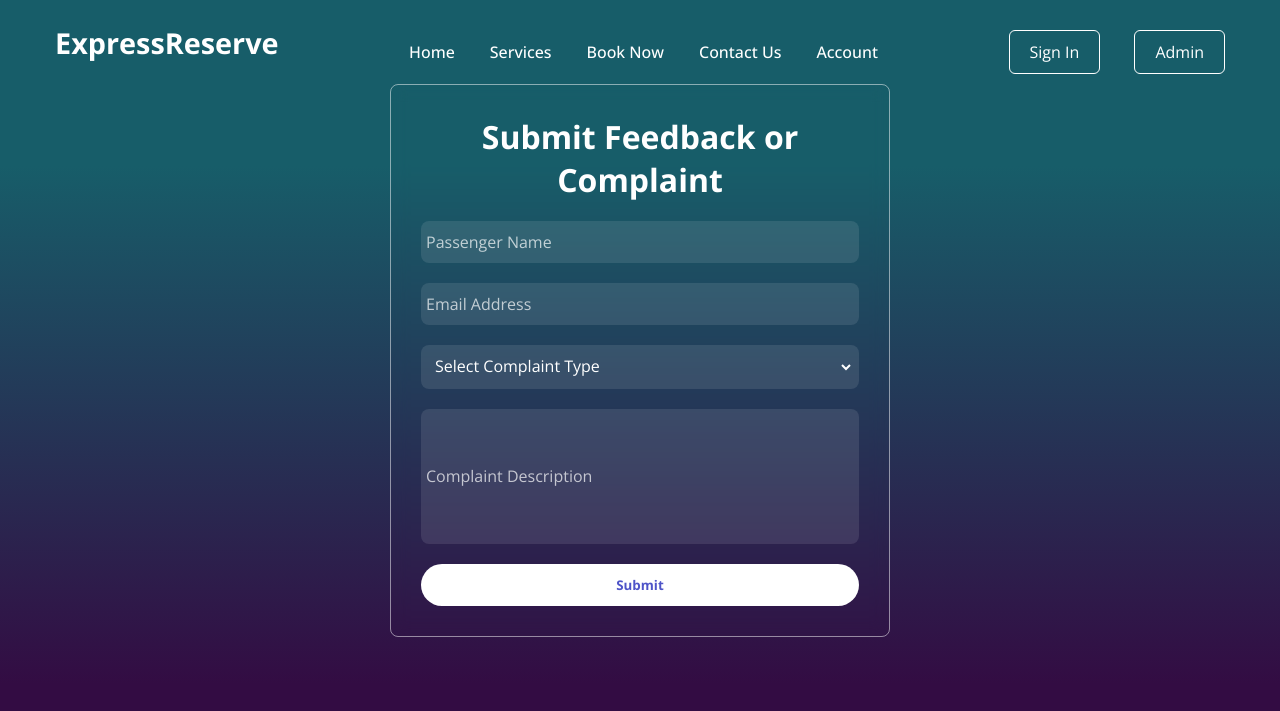
Repository: AmodhyaSharinda/Train-Reservation-system
Page: http://localhost/Train_reserve/ContactUs.jsp
The author's editor kept a copy of each file at every save. The page is drawn from the files as they stood at one save, then again after the next save.
The browser window is 1280 px wide. The pictures show the whole page.
The page is served by Tomcat 9. Other server files are loaded and not shown.

Above is the page before, as saved 2024-10-08 08:07:59.

### Train reserve/src/main/webapp/ContactUs.jsp
<!DOCTYPE html>
<html lang="en">
<head>
    <meta charset="UTF-8">
    <meta name="viewport" content="width=device-width, initial-scale=1.0">
    <title>Feedback - Online Train Reservation System</title>
    <link rel="stylesheet" href="home.css">
    <style>
        /* Existing styles retained */
        @import url("https://fonts.googleapis.com/css2?family=Open+Sans:wght@300;400;500;600;700&display=swap");

        * {
		  margin: 0;
		  padding: 0;
		  box-sizing: border-box;
		  font-family: "Open Sans", sans-serif;
		}

        body {
            display: flex;
            align-items: center;
            justify-content: center;
            min-height: 100vh;
            width: 100%;
            padding: 0 10px;
  			background: linear-gradient(to bottom, #175d69 23%, #330c43 95%);
            position: relative;
        }

        .wrapper {
            width: 500px;
            border-radius: 8px;
            padding: 30px;
            text-align: center;
            border: 1px solid rgba(255, 255, 255, 0.5);
            backdrop-filter: blur(8px);
            -webkit-backdrop-filter: blur(8px);
        }

        h2 {
            font-size: 2rem;
            margin-bottom: 20px;
            color: #fff;
        }

        /* General styles */
		.input-field {
		    position: relative;
		    margin: 20px 0;
		    padding: 5px;
		    background: rgba(255, 255, 255, 0.1);
		    border-radius: 8px;
		    transition: background 0.3s ease;
		}

		.input-field label {
		    position: absolute;
		    top: 50%;
		    left: 5px;
		    transform: translateY(-50%);
		    color: rgba(255, 255, 255, 0.7);
		    font-size: 16px;
		    pointer-events: none;
		    transition: 0.2s ease;
		}

		.input-field input,
		.input-field textarea,
		.input-field select {
		    width: 100%;
		    background: transparent;
		    border: none;
		    outline: none;
		    font-size: 16px;
		    padding: 5px;
		    color: #fff;
		    border-radius: 5px;
		}

		.input-field input:focus,
		.input-field textarea:focus,
		.input-field select:focus {
		    background: rgba(255, 255, 255, 0.3);
		    box-shadow: 0 0 5px rgba(255, 255, 255, 0.5);
		}

		.input-field input:focus ~ label,
		.input-field input:valid ~ label,
		.input-field textarea:focus ~ label,
		.input-field textarea:valid ~ label,
		.input-field select:focus ~ label,
		.input-field select:valid ~ label {
		    top: -10px;
		    font-size: 0.85rem;
		    color: #fff;
		}

		/* Textarea specific styles */
		.input-field textarea {
		    height: 120px;
		    resize: none;
		}

		/* Button styles */
		button {
		    width: 100%;
		    padding: 12px;
		    background-color: #fff;
		    color: #4e54c8;
		    font-weight: bold;
		    border: none;
		    border-radius: 30px;
		    cursor: pointer;
		    transition: background 0.3s ease;
		}

		button:hover {
		    background-color: #8f94fb;
		    color: #fff;
		    box-shadow: 0 4px 20px rgba(143, 148, 251, 0.5);
		}

    </style>
</head>
<body>
    <!-- Header section with navigation -->
    <header class="header">
        <nav class="navbar">
            <h2 class="logo"><a href="#">ExpressReserve</a></h2>
            <input type="checkbox" id="menu-toggle" />
            <label for="menu-toggle" id="hamburger-btn">
                <svg xmlns="http://www.w3.org/2000/svg" height="24" viewBox="0 0 24 24" width="24">
                    <path d="M3 12h18M3 6h18M3 18h18" stroke="currentColor" stroke-width="2" stroke-linecap="round"/>
                </svg>
            </label>
            <ul class="links">
                <li><a href="home.jsp">Home</a></li>
                <li><a href="#">Services</a></li>
                <li><a href="#">Book Now</a></li>
                <li><a href="#">Contact Us</a></li>
          		<li><a href="Account.jsp">Account</a></li>
            </ul>
            <div class="buttons">
	          <a href="login.jsp" class="signup">Sign In</a>
	          <a href="#" class="signup">Admin</a>
            </div>
        </nav>
    </header>

    <!-- Middle section for feedback form -->
    <div class="wrapper">
        <h2>Submit Feedback or Complaint</h2>
        <form action="SubmitFeedback" method="post">
		    <div class="input-field">
		        <input type="text" name="PassengerName" required autocomplete="off">
		        <label>Passenger Name</label>
		    </div>
		    <div class="input-field">
		        <input type="email" name="PassengerEmail" required autocomplete="off">
		        <label>Email Address</label>
		    </div>
		    <div class="input-field">
		        <select id="complaintType" name="complaintType" required>
		            <option value="">Select Complaint Type</option>
		            <option value="Train Services">Train Services</option>
		            <option value="Station Facilities">Station Facilities</option>
		            <option value="Staff Behavior">Staff Behavior</option>
		        </select>
		    </div>
		    <div class="input-field">
		        <textarea id="complaintDescription" name="Feedback" required></textarea>
		        <label>Complaint Description</label>
		    </div>
		    <button type="submit">Submit</button>
		</form>
    </div>

</body>
</html>

### Train reserve/src/main/webapp/home.css
/* Importing Google font - Open Sans */
@import url("https://fonts.googleapis.com/css2?family=Open+Sans:wght@300;400;500;600;700&display=swap");

* {
  margin: 0;
  padding: 0;
  box-sizing: border-box;
  font-family: "Open Sans", sans-serif;
}

body {
  height: 100vh;
  width: 100%;
  background: linear-gradient(to bottom, #175d69 23%, #330c43 95%);
}

.header {
  position: fixed;
  top: 0;
  left: 0;
  width: 100%;
}

.navbar {
  display: flex;
  align-items: center;
  justify-content: space-between;
  max-width: 1200px;
  margin: 0 auto;
  padding: 20px 15px;
}

.navbar .logo a {
  font-size: 1.8rem;
  text-decoration: none;
  color: #fff;
}

.navbar .links {
  display: flex;
  align-items: center;
  list-style: none;
  gap: 35px;
}

.navbar .links a {
  font-weight: 500;
  text-decoration: none;
  color: #fff;
  padding: 10px 0;
  transition: 0.2s ease;
}

.navbar .links a:hover {
  color: #47b2e4;
}

.navbar .buttons a {
  text-decoration: none;
  color: #fff;
  font-size: 1rem;
  padding: 15px 0;
  transition: 0.2s ease;
}

.navbar .buttons a:not(:last-child) {
  margin-right: 30px;
}

.navbar .buttons .signin:hover {
  color: #47b2e4;
}

.navbar .buttons .signup {
  border: 1px solid #fff;
  padding: 10px 20px;
  border-radius: 0.375rem;
  text-align: center;
  transition: 0.2s ease;
}

.navbar .buttons .signup:hover {
  background-color: #47b2e4;
  color: #fff;
}

.hero-section {
  display: flex;
  justify-content: space-evenly;
  align-items: center;
  height: 95vh;
  padding: 0 15px;
  max-width: 1200px;
  margin: 0 auto;
}

.hero-section .hero {
  max-width: 50%;
  color: #fff;
}

.hero h2 {
  font-size: 2.5rem;
  margin-bottom: 20px;
}

.hero p {
  font-size: 1.2rem;
  margin-bottom: 20px;
  color: #c9c7c7;
}

.hero-section .img img {
  width: 517px;
}

.hero-section .buttons {
  margin-top: 40px;
}

.hero-section .buttons a {
  text-decoration: none;
  color: #fff;
  padding: 12px 24px;
  border-radius: 0.375rem;
  font-weight: 600;
  transition: 0.2s ease;
  display: inline-block;
}

.hero-section .buttons a:not(:last-child) {
  margin-right: 15px;
}

.buttons .join {
  background-color: #47b2e4;
}

.hero-section .buttons .learn {
  border: 1px solid #fff;
  border-radius: 0.375rem;
}

.hero-section .buttons a:hover {
  background-color: #47b2e4;
}

/* Hamburger menu styles */
#menu-toggle {
  display: none;
}

#hamburger-btn {
  font-size: 1.8rem;
  color: #fff;
  cursor: pointer;
  display: none;
  order: 1;
}

@media screen and (max-width: 1023px) {
  .navbar .logo a {
    font-size: 1.5rem;
  }

  .links {
    position: fixed;
    left: -100%;
    top: 75px;
    width: 100%;
    height: 100vh;
    padding-top: 50px;
    background: #175d69;
    flex-direction: column;
    transition: 0.3s ease;
  }

  .navbar #menu-toggle:checked ~ .links {
    left: 0;
  }

  .navbar #hamburger-btn {
    display: block;
  }

  .header .buttons {
    display: none;
  }

  .hero-section .hero {
    max-width: 100%;
    text-align: center;
  }

  .hero-section img {
    display: none;
  }


}

After the next save:
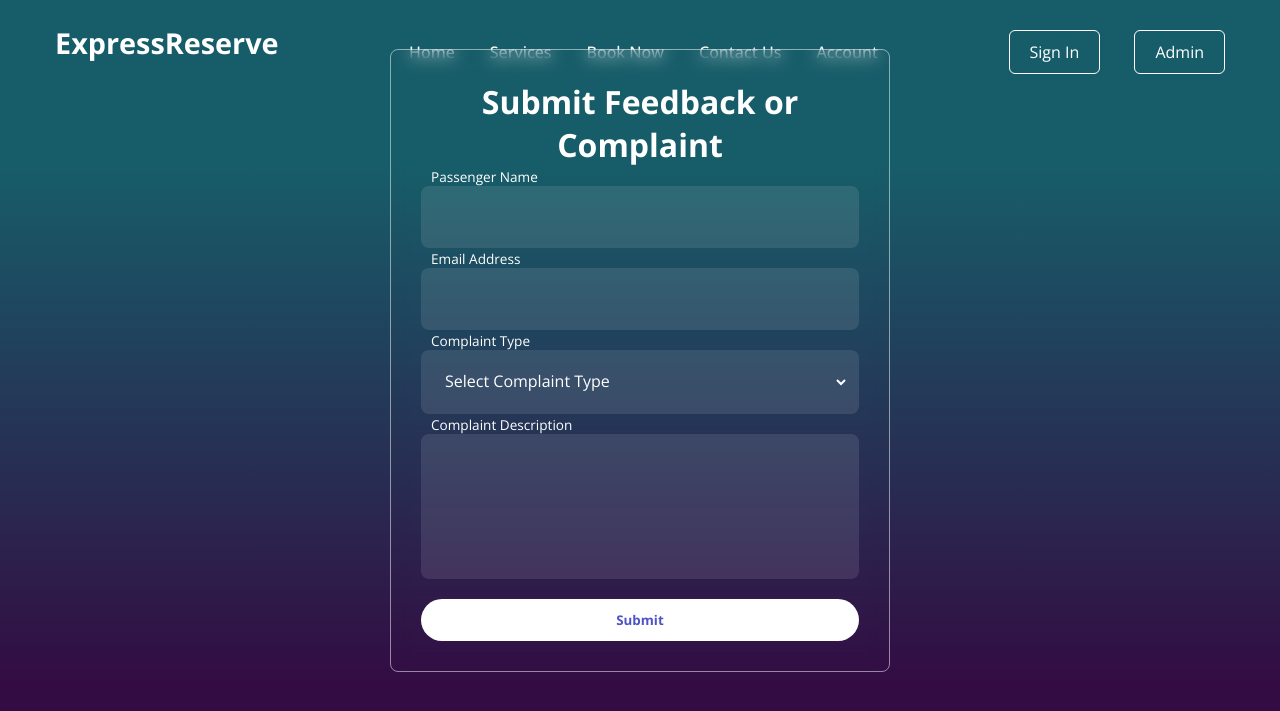
Saved 109 s later.
--- a/Train reserve/src/main/webapp/ContactUs.jsp
+++ b/Train reserve/src/main/webapp/ContactUs.jsp
@@ -47,7 +47,7 @@
 		.input-field {
 		    position: relative;
 		    margin: 20px 0;
-		    padding: 5px;
+		    padding: 10px;
 		    background: rgba(255, 255, 255, 0.1);
 		    border-radius: 8px;
 		    transition: background 0.3s ease;
@@ -56,7 +56,7 @@
 		.input-field label {
 		    position: absolute;
 		    top: 50%;
-		    left: 5px;
+		    left: 10px;
 		    transform: translateY(-50%);
 		    color: rgba(255, 255, 255, 0.7);
 		    font-size: 16px;
@@ -64,6 +64,7 @@
 		    transition: 0.2s ease;
 		}
 
+		/* Style adjustments for the input, textarea, and select */
 		.input-field input,
 		.input-field textarea,
 		.input-field select {
@@ -72,11 +73,17 @@
 		    border: none;
 		    outline: none;
 		    font-size: 16px;
-		    padding: 5px;
+		    padding: 10px;
 		    color: #fff;
-		    border-radius: 5px;
 		}
 
+		/* Textarea specific styles */
+		.input-field textarea {
+		    height: 120px;
+		    resize: none;
+		}
+
+		/* Focus styles */
 		.input-field input:focus,
 		.input-field textarea:focus,
 		.input-field select:focus {
@@ -84,21 +91,19 @@
 		    box-shadow: 0 0 5px rgba(255, 255, 255, 0.5);
 		}
 
+		/* Styles to keep label elevated */
 		.input-field input:focus ~ label,
 		.input-field input:valid ~ label,
 		.input-field textarea:focus ~ label,
 		.input-field textarea:valid ~ label,
 		.input-field select:focus ~ label,
-		.input-field select:valid ~ label {
+		.input-field select:valid ~ label,
+		.input-field input:not(:placeholder-shown) ~ label,
+		.input-field textarea:not(:placeholder-shown) ~ label,
+		.input-field select:not(:placeholder-shown) ~ label {
 		    top: -10px;
 		    font-size: 0.85rem;
 		    color: #fff;
-		}
-
-		/* Textarea specific styles */
-		.input-field textarea {
-		    height: 120px;
-		    resize: none;
 		}
 
 		/* Button styles */
@@ -119,6 +124,7 @@
 		    color: #fff;
 		    box-shadow: 0 4px 20px rgba(143, 148, 251, 0.5);
 		}
+
 
     </style>
 </head>
@@ -166,6 +172,7 @@
 		            <option value="Station Facilities">Station Facilities</option>
 		            <option value="Staff Behavior">Staff Behavior</option>
 		        </select>
+		        <label>Complaint Type</label>
 		    </div>
 		    <div class="input-field">
 		        <textarea id="complaintDescription" name="Feedback" required></textarea>
@@ -173,6 +180,7 @@
 		    </div>
 		    <button type="submit">Submit</button>
 		</form>
+
     </div>
 
 </body>
